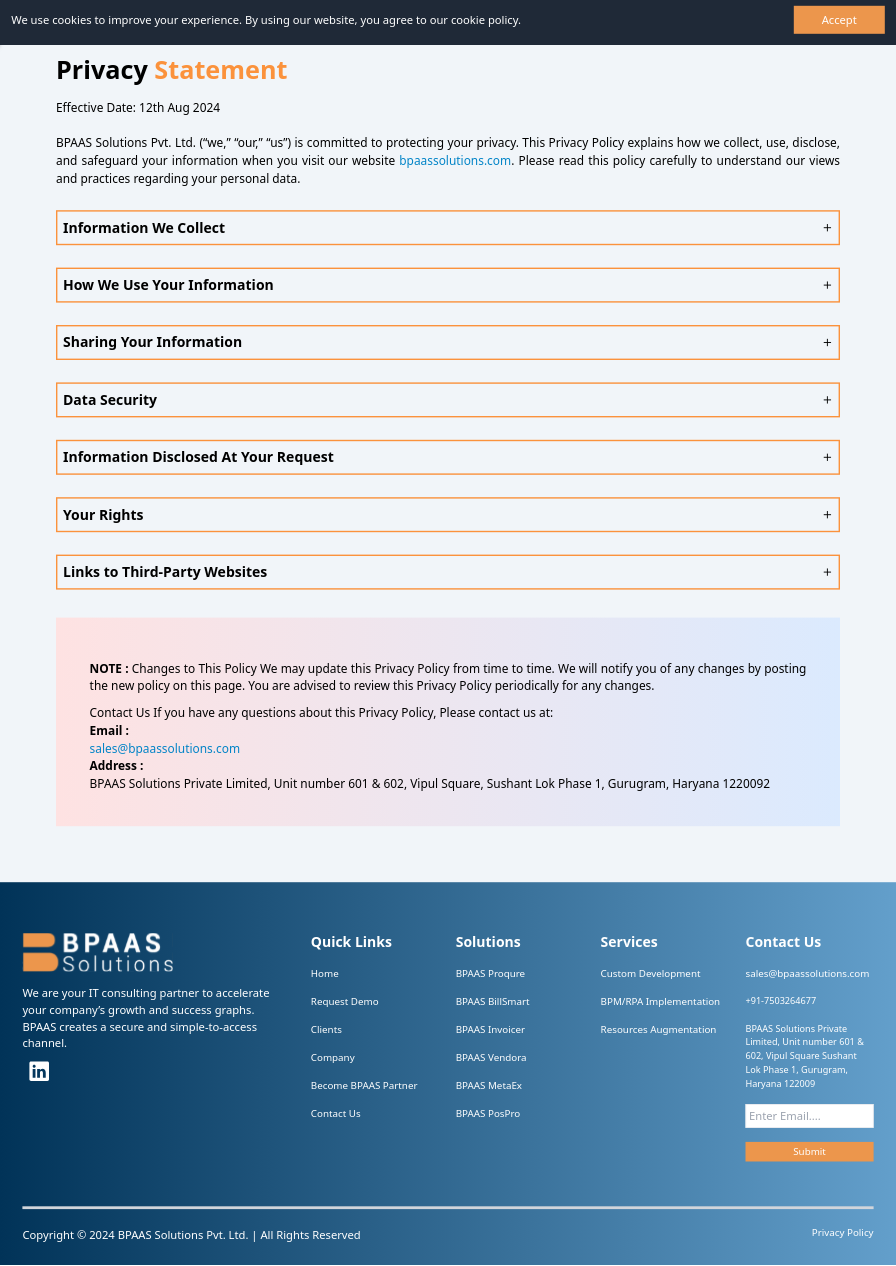
Repository: captainalpha/BP-Website
Page: /services/bp-services
An editor plug-in stored every save of this project. The page is shown before and after the next save, followed by the edit.
The browser window is 1280 px wide. The pictures show the part of the page from y = 655 to 2575 px (the page is 2463 px tall before and 2575 px after), at 70% of full size.
Pictures or frames that could not be fetched are drawn as grey boxes. The project was rebuilt for these pictures with package versions that can differ from the ones it lists, and the page was loaded fresh each time. The framework's server and built-in components were replaced by stand-ins that run in the browser. Also part of the build but not shown: next.config.js, components/common/TopBanner.js, components/common/SectionHeader.js.

Above is the page before, as saved 2024-08-13 17:10:49.

### pages/_app.js
import Navbar from "../components/common/Navbar";
import "../styles/globals.css";
import Footer from "../components/common/Footer";

import "swiper/css";
import "swiper/css/navigation";
import "swiper/css/pagination";



import { motion, AnimatePresence } from "framer-motion";
import CookiesMain from "../components/common/CookiesMain";

// import styles from './slider.module.scss'
function MyApp({ Component, pageProps, router }) {
  const spring = {
    type: "spring",
    damping: 20,
    stiffness: 100,
    when: "afterChildren",
  };
  return (
    <>
      <div className="z-50 scroll-smooth">
        <Navbar />
      </div>
      <AnimatePresence>
        <div className="page-transition-wrapper">
          <motion.div
            transition={spring}
            key={router.pathname}
            initial={{ y: -300, opacity: 0 }}
            animate={{ y: 0, opacity: 1 }}
            exit={{ y: 300, opacity: 0 }}
            id="page-transition-container"
          >
            <Component {...pageProps} /> <Footer />{" "}
            <CookiesMain/>
          </motion.div>
        </div>
      </AnimatePresence>
    </>
  );
}

export default MyApp;

### pages/services/bp-services.js
import { useState } from "react";
import TopBanner from "../../components/common/TopBanner";
import SectionHeader from "../../components/common/SectionHeader";
import TopBanner2 from "../../components/common/TopBanner2";
import Image from "next/image";
import Link from "next/link";
import { FaArrowDown } from "react-icons/fa6";
import { MdChecklistRtl } from "react-icons/md";
import { BsCopy } from "react-icons/bs";
import { FiPlus } from "react-icons/fi";
import { AiOutlineMinus } from "react-icons/ai";


function BpServices() {
  const [showAnswer, setShowAnswer] = useState(false);
  const privacyStatement = [
    {
      heading: "Information We Collect",
      content: (
        <>
          <p
            className={`text-[18px] bg-gray-300 mt-2 p-3 rounded-md
          shadow-[rgba(0,_0,_0,_0.24)_0px_3px_8px] `}
          >
            <p className="text-[17px] text-justify mt-3">
              &ldquo;Personal data&rdquo; is defined to include information that
              whether on its own or in combination with other information may be
              used to readily identify or contact you such as: name, address,
              email address, phone number etc.
            </p>
            <p className="text-[17px] text-justify mt-3">
              <b>Personal Data :</b> We may collect personal identification
              information (such as name, email address, phone number) when you
              voluntarily submit it through our Site.
            </p>
            <p className="text-[17px] text-justify mt-3">
              <b>Usage Data :</b> We automatically collect information about your
              interaction with our Site, including IP address, browser type,
              operating system, and pages visited.
            </p>
          </p>
        </>
      ),
    },
    {
      heading: "How We Use Your Information",
      content: (
        <>
          <p className="text-[17px] text-justify mt-3">
            <b>To Provide Services :</b> We use your information to deliver the
            services you request. For internal record-keeping purposes.
          </p>
          <p className="text-[17px] text-justify mt-3">
            <b>To Improve Our Site :</b> We analyse usage data to enhance the
            functionality and user experience of our Site.
          </p>
          <p className="text-[17px] text-justify mt-3">
            <b>To Communicate :</b> We may use your contact information to respond
            to inquiries, send updates, and provide customer support. To
            periodically send promotional emails to the email address you provide
            regarding new products from BPAAS Solutions, special offers from BPAAS
            Solutions or other information about BPAAS Solutions that we think you
            may find interesting. For BPAAS Solutions market research purposes,
            including, but not limited to, the customization of the Website or
            Services according to your interests
          </p>
        </>
      ),
    },
    {
      heading: "Sharing Your Information",
      content: (
        <>
          <p className="text-[17px] text-justify mt-3">
            We do not sell, trade, or otherwise transfer your personal data to
            outside parties except as described in this policy. We may share
            information with trusted third parties who assist us in operating our
            Site, conducting our business, or servicing you, provided those
            parties agree to keep this information confidential.
          </p>
        </>
      ),
    },
    {
      heading: "Data Security",
      content: (
        <>
          <p className="text-[17px] text-justify mt-3">
            We implement a variety of procedural and technological security
            measures to maintain the safety of your personal information from
            unauthorized access or disclosure. BPAAS Solutions may use encryption,
            passwords, and physical security measures to help protect your
            personal information against unauthorized access and disclosure.
            However, no method of transmission over the internet or electronic
            storage is 100% secure.
          </p>
        </>
      ),
    },
    {
      heading: "Information Disclosed At Your Request",
      content: (
        <>
          <p className="text-[17px] text-justify mt-3">
            We may share your personal information with other users or third
            parties to whom you explicitly ask us to send your information or if
            you explicitly consent to such disclosure upon receipt of a specific
            Service.
          </p>
        </>
      ),
    },
    {
      heading: "Your Rights",
      content: (
        <>
          <p className="text-[17px] text-justify mt-3">
            You have the right to access, correct, or delete your personal data.
            You may also object to the processing of your data or request data
            portability. To exercise these rights, please contact us at&nbsp;
            <a
              className="text-sky-600 hover:text-[#fb923c]"
              href="mailto:sales@bpaassolutions.com"
            >
              sales@bpaassolutions.com
            </a>
          </p>
        </>
      ),
    },
    {
      heading: "Links to Third-Party Websites",
      content: (
        <>
          <p className="text-[17px] text-justify mt-3">
            Our website may contain links to external websites. We are not
            responsible for the privacy practices or content of these third-party
            sites. We encourage you to review their privacy policies before
            providing any personal information.
          </p>
        </>
      ),
    },
  ];
  return (
    <div>
      <div className="relative">
        <TopBanner2
          image={"/images/policy-service2.jpg"}
          title="Privacy Policy"
          discription="This Privacy Policy explains how we collect, use, disclose, and safeguard your information when you visit our website."
          btnShow={false}
        />
        <div className="absolute top-[1em] right-[10em]">
          <Image
            src="/images/privacypolicy2.png"
            className="w-1/2 mx-auto"
            width="500"
            height="500"
            alt="customer-developement"
          />
        </div>
      </div>

      <div className=" bg-slate-100  p-[5em]">
        <div className="container mx-auto max-w-6xl">
          <div className="text-left">
            <h1 className="lg:text-4xl text-3xl font-bold capitalize ">
              <span>Privacy</span>{" "}
              <span className="text-[#fb923c]">Statement</span>
            </h1>
          </div>

          <div className="mt-5">
            <p className="text-[17px] text-justify">
              Effective Date: 12th Aug 2024 <br />
              <br /> BPAAS Solutions Pvt. Ltd. (&ldquo;we,&rdquo;
              &ldquo;our,&rdquo; &ldquo;us&rdquo;) is committed to protecting
              your privacy. This Privacy Policy explains how we collect, use,
              disclose, and safeguard your information when you visit our
              website&nbsp;
              <Link passHref href="/">
                <a className="text-sky-600 hover:text-[#fb923c]">
                  bpaassolutions.com
                </a>
              </Link>
              . Please read this policy carefully to understand our views and
              practices regarding your personal data.
            </p>
          </div>

          {privacyStatement?.map((item,ind)=>(
            <>
              <div
              key={ind}
            className={`${
              showAnswer
                ? "p-2 mt-8 bg-[#fb923c] max-w[1200px]"
                : "p-2 mt-8 border-[#fb923c] border-2 max-w[1200px]"
            }`}
          >
            <div className="flex gap-10 items-center justify-between">
              <h3
                className="text-[20px] font-sans font-semibold cursor-pointer"
                onClick={() => setShowAnswer(!showAnswer)}
              >
                {item?.heading}
              </h3>
              <div
                onClick={() => setShowAnswer(!showAnswer)}
                className="cursor-pointer transition-transform duration-500 ease-out"
              >
                {showAnswer ? <AiOutlineMinus /> : <FiPlus />}
              </div>
            </div>
          </div>
          <div
            className={`overflow-hidden transition-all duration-500 ease-out ${
              showAnswer ? "max-h-[1000px] opacity-100 " : "max-h-0 opacity-0 "
            }`}
          >
             {item?.content}
          </div>
            </>
          ))}


          {/* <div className="mt-[2em]">
            <h1 className="text-[20px] font-bold text-[#fb923c]">
              Information We Collect
            </h1>
            <p className="text-[17px] text-justify mt-3">
              &ldquo;Personal data&rdquo; is defined to include information that
              whether on its own or in combination with other information may be
              used to readily identify or contact you such as: name, address,
              email address, phone number etc.
            </p>
            <p className="text-[17px] text-justify mt-3">
              <b>Personal Data :</b> We may collect personal identification
              information (such as name, email address, phone number) when you
              voluntarily submit it through our Site.
            </p>
            <p className="text-[17px] text-justify mt-3">
              <b>Usage Data :</b> We automatically collect information about
              your interaction with our Site, including IP address, browser
              type, operating system, and pages visited.
            </p>
          </div> */}

          {/* <div className="mt-[2em]">
            <h1 className="text-[20px] font-bold text-[#fb923c]">
              How We Use Your Information
            </h1>
            <p className="text-[17px] text-justify mt-3">
              <b>To Provide Services :</b> We use your information to deliver
              the services you request. For internal record-keeping purposes.
            </p>
            <p className="text-[17px] text-justify mt-3">
              <b>To Improve Our Site :</b> We analyse usage data to enhance the
              functionality and user experience of our Site.
            </p>
            <p className="text-[17px] text-justify mt-3">
              <b>To Communicate :</b> We may use your contact information to
              respond to inquiries, send updates, and provide customer support.
              To periodically send promotional emails to the email address you
              provide regarding new products from BPAAS Solutions, special
              offers from BPAAS Solutions or other information about BPAAS
              Solutions that we think you may find interesting. For BPAAS
              Solutions market research purposes, including, but not limited to,
              the customization of the Website or Services according to your
              interests
            </p>
          </div> */}

          {/* <div className="mt-[2em]">
            <h1 className="text-[20px] font-bold text-[#fb923c]">
              Sharing Your Information
            </h1>
            <p className="text-[17px] text-justify mt-3">
              We do not sell, trade, or otherwise transfer your personal data to
              outside parties except as described in this policy. We may share
              information with trusted third parties who assist us in operating
              our Site, conducting our business, or servicing you, provided
              those parties agree to keep this information confidential.
            </p>
          </div> */}

          {/* <div className="mt-[2em]">
            <h1 className="text-[20px] font-bold text-[#fb923c]">
              Data Security
            </h1>
            <p className="text-[17px] text-justify mt-3">
              We implement a variety of procedural and technological security
              measures to maintain the safety of your personal information from
              unauthorized access or disclosure. BPAAS Solutions may use
              encryption, passwords, and physical security measures to help
              protect your personal information against unauthorized access and
              disclosure. However, no method of transmission over the internet
              or electronic storage is 100% secure.
            </p>
          </div> */}

          {/* <div className="mt-[2em]">
            <h1 className="text-[20px] font-bold text-[#fb923c]">
              Information Disclosed At Your Request
            </h1>
            <p className="text-[17px] text-justify mt-3">
              We may share your personal information with other users or third
              parties to whom you explicitly ask us to send your information or
              if you explicitly consent to such disclosure upon receipt of a
              specific Service.
            </p>
          </div> */}

          {/* <div className="mt-[2em]">
            <h1 className="text-[20px] font-bold text-[#fb923c]">
              Your Rights
            </h1>
            <p className="text-[17px] text-justify mt-3">
              You have the right to access, correct, or delete your personal
              data. You may also object to the processing of your data or
              request data portability. To exercise these rights, please contact
              us at&nbsp;
              <a
                className="text-sky-600 hover:text-[#fb923c]"
                href="mailto:sales@bpaassolutions.com"
              >
                sales@bpaassolutions.com
              </a>
            </p>
          </div> */}

          {/* <div className="mt-[2em]">
            <h1 className="text-[20px] font-bold text-[#fb923c]">
              Links to Third-Party Websites
            </h1>
            <p className="text-[17px] text-justify mt-3">
              Our website may contain links to external websites. We are not
              responsible for the privacy practices or content of these
              third-party sites. We encourage you to review their privacy
              policies before providing any personal information.
            </p>
          </div> */}

          <div className="mt-[2em]  lg:mt-10 md:mt-10 xl:mt-10 bg-gradient-to-r from-red-100 to-blue-100 p-2 md:p-[3em]">
            <p className="text-[17px] text-justify mt-3">
              <b>NOTE : </b> Changes to This Policy We may update this Privacy
              Policy from time to time. We will notify you of any changes by
              posting the new policy on this page. You are advised to review
              this Privacy Policy periodically for any changes.
            </p>
            <p className="text-[17px] text-justify mt-3">
              Contact Us If you have any questions about this Privacy Policy,
              Please contact us at:
              <br />
              <b>Email : </b>
              <br />
              <a
                className="text-sky-600 hover:text-[#fb923c]"
                href="mailto:sales@bpaassolutions.com"
              >
                sales@bpaassolutions.com
              </a>
              <br />
              <b>Address :</b>
              <br />
              BPAAS Solutions Private Limited, Unit number 601 & 602, Vipul
              Square, Sushant Lok Phase 1, Gurugram, Haryana 1220092
            </p>
          </div>
        </div>
      </div>
    </div>
  );
}

export default BpServices;

### styles/globals.css
@tailwind base;
@tailwind components;
@tailwind utilities;

.mySwiper {
  padding: 0 3rem;
}
.swiper-button-next {
  color: white;
  font-size: 20px !important;
}
.swiper-button-prev {
  color: white;
  font-size: 20px !important;
}
.swiper-button-prev:after {
  color: white;
  font-size: 20px !important;
}
.swiper-button-next:after {
  color: white;
  font-size: 20px !important;
}
.container-bpaas{
  max-width: 1100px;
}

/* .swiper-button-prev {

  background-image: url("data:[embedded picture, 251 characters]");
} */
.swiper-button-prev:after {

  border: 2px solid white;
  border-radius: 30%;
  /* width: 25%; */
  background: #ec964c;
  padding: 20%;
}
/* .swiper-button-next {
  background-image: url("data:[embedded picture, 251 characters]");
} */
.swiper-button-next:after {

  border: 2px solid white;
  border-radius: 30%;
  /* width: 25%; */
  background: #ec964c;
  padding: 20%;
}

@media only screen and (max-width: 600px) {
  .swiper-button-next:after {
    display: none;
  }
}
@media only screen and (max-width: 600px) {
  .swiper-button-prev:after {
    display: none;
  }
}




/*OEM Modal */
@layer utilities {
  @keyframes modalOpen {
    0% {
      clip-path: polygon(0 0, 0 0, 0 100%, 0 100%);
      opacity: 0;
    }
    100% {
      clip-path: polygon(0 0, 100% 0, 100% 100%, 0 100%);
      opacity: 1;
    }
  }

  @keyframes modalClose {
    0% {
      clip-path: polygon(0 0, 100% 0, 100% 100%, 0 100%);
      opacity: 1;
    }
    100% {
      clip-path: polygon(50% 0, 50% 0, 50% 100%, 50% 100%);
      opacity: 0;
    }
  }

  .animate-modalOpen {
    animation: modalOpen 0.5s forwards;
  }

  .animate-modalClose {
    animation: modalClose 0.5s forwards;
  }

  .custom-aspect-ratio {
    box-shadow: rgba(149, 157, 165, 0.2) 0px 8px 24px;
    aspect-ratio: 3 / 2;
  }
}

### components/common/CookiesMain.js
import { useState, useEffect } from 'react';
import Cookies from 'js-cookie';


const CookiesMain = () => {
    const [showBanner, setShowBanner] = useState(false);

  useEffect(() => {
    const consent = Cookies.get('cookie-consent');
    if (!consent) {
      setShowBanner(true);
    }
  }, []);

  const acceptCookies = () => {
    Cookies.set('cookie-consent', 'true', { expires: 365 });
    setShowBanner(false);
  };

  if (!showBanner) return null;
  return (
    <>

    <div className="fixed bottom-0 left-0 right-0 bg-gray-800 text-white p-4 flex justify-between items-center z-50">
      <span>We use cookies to improve your experience. By using our website, you agree to our cookie policy.</span>
      <button
        onClick={acceptCookies}
        className="bg-orange text-white px-4 md:px-10 py-2"
      >
        Accept
      </button>
    </div>

    </>
  )
}
export default CookiesMain

### components/common/TopBanner2.js
import Link from "next/link";
function TopBanner2({ image, title, discription, onClick,btnShow}) {
  return (
    <div
      style={{ backgroundImage: `url(${image})` }}
      className={`lg:h-[80vh] h-[60vh] mt-20 w-full text-white flex p-10 items-center bg-no-repeat bg-cover `}
    >
      <div className="space-y-4 lg:w-1/2  md:text-left">
        <h1 className="lg:text-5xl text-3xl font-bold capitalize ">{title}</h1>
        <p className="w-full lg:text-xl lg:text-justify tracking-tighter">
          {discription}
        </p>
    {btnShow&&(
        <Link passHref href="/request-demo">
          <button className="px-8 py-2  border-white border-2 hover:bg-orange font-medium text-xl">
            Request Demo
          </button>
        </Link>
    )}
      </div>
    </div>
  );
}

export default TopBanner2;

Loaded but not shown: components/common/Navbar.js (726 lines, source omitted); components/common/Footer.js (194 lines, source omitted); tailwind.config.js (61 lines, source omitted)

After the next save:
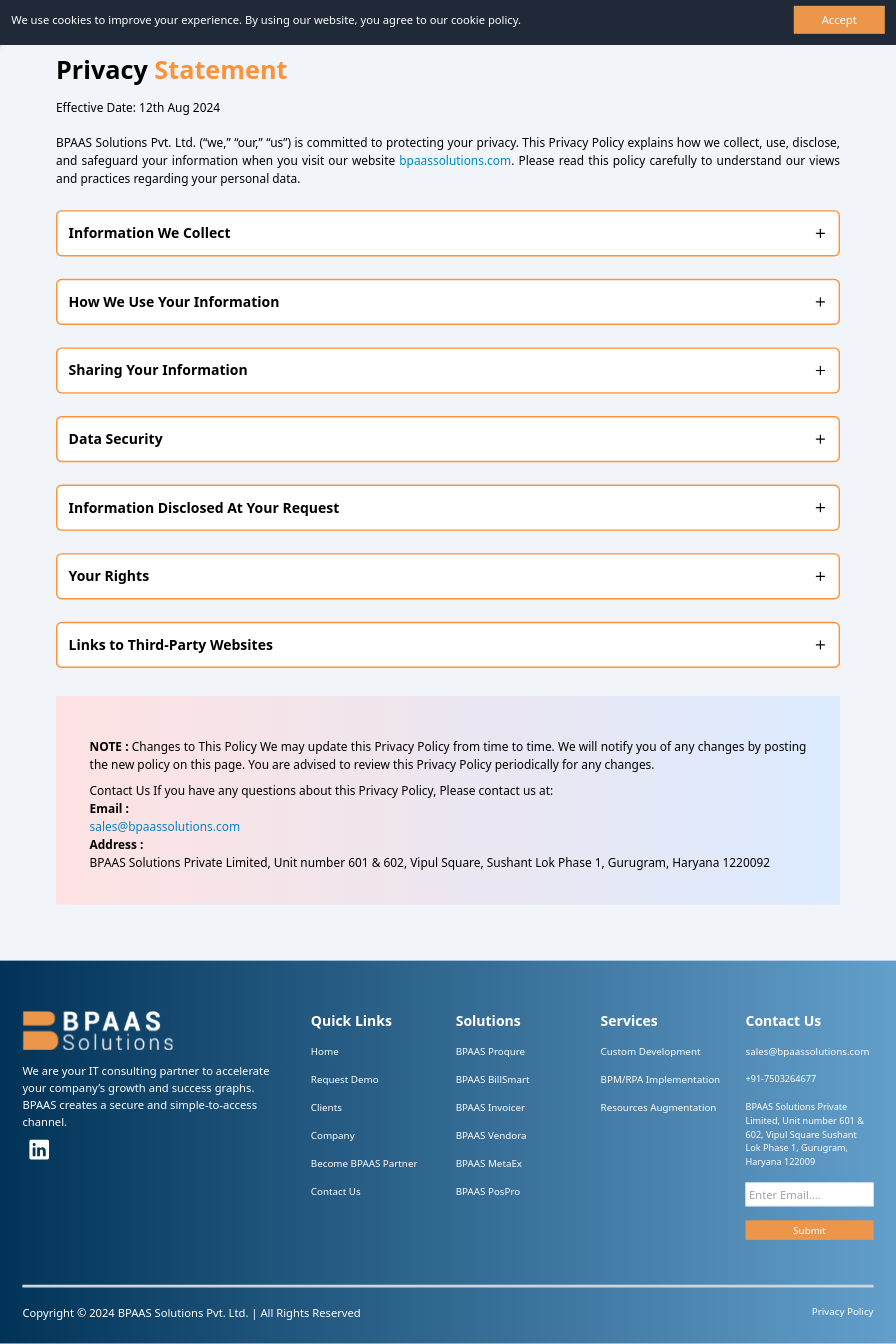
Saved 96 s later.
--- a/pages/services/bp-services.js
+++ b/pages/services/bp-services.js
@@ -189,7 +189,7 @@
             </p>
           </div>
 
-          {privacyStatement?.map((item,ind)=>(
+          {/* {privacyStatement?.map((item,ind)=>(
             <>
               <div
               key={ind}
@@ -222,7 +222,40 @@
              {item?.content}
           </div>
             </>
-          ))}
+          ))} */}
+          {privacyStatement?.map((item, ind) => (
+  <div key={ind} className="max-w-[1200px] mx-auto mb-4">
+    <div
+      className={`p-4 mt-8 rounded-lg shadow-md transition-colors duration-500 ease-out cursor-pointer ${
+        showAnswer ? "bg-[#fb923c] text-white" : "bg-white border-[#fb923c] border-2"
+      }`}
+      onClick={() => setShowAnswer(!showAnswer)}
+    >
+      <div className="flex justify-between items-center">
+        <h3 className="text-[20px] font-sans font-semibold">
+          {item?.heading}
+        </h3>
+        <div className="transition-transform duration-500 ease-out">
+          {showAnswer ? (
+            <AiOutlineMinus className="text-xl" />
+          ) : (
+            <FiPlus className="text-xl" />
+          )}
+        </div>
+      </div>
+    </div>
+    <div
+      className={`overflow-hidden transition-all duration-500 ease-out ${
+        showAnswer ? "max-h-[1000px] opacity-100" : "max-h-0 opacity-0"
+      }`}
+    >
+      <div className="p-4 border-t-2 border-[#fb923c] bg-white">
+        {item?.content}
+      </div>
+    </div>
+  </div>
+))}
+
 
 
           {/* <div className="mt-[2em]">
